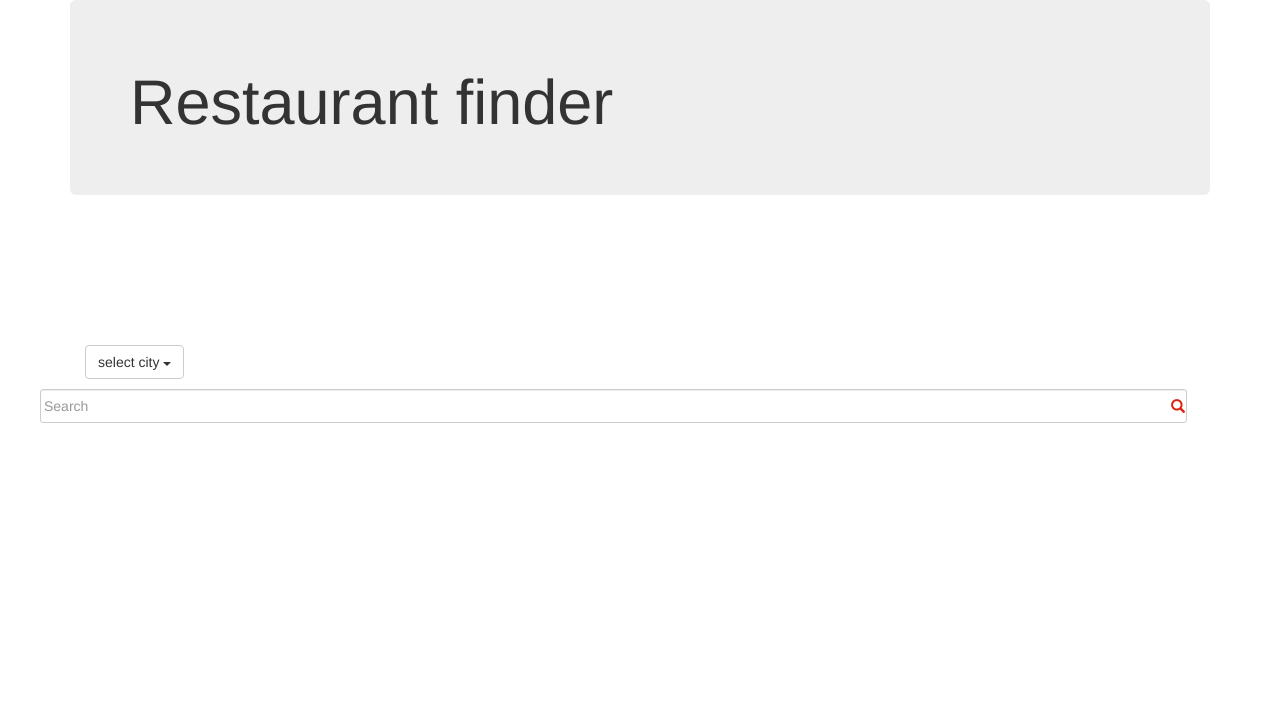
Repository: ganz-95/Denuvo-final
Page: http://localhost/restaurant/
These files come from the project's save history. The page is drawn as it stood at one moment and after the next save; the edit follows.
The browser window is 1280 px wide. The pictures show the whole page.
Some web libraries are served in a nearby version. The page is served by Tomcat 9.

Above is the page before, as saved 2017-01-23 15:38:44.

After the next save:
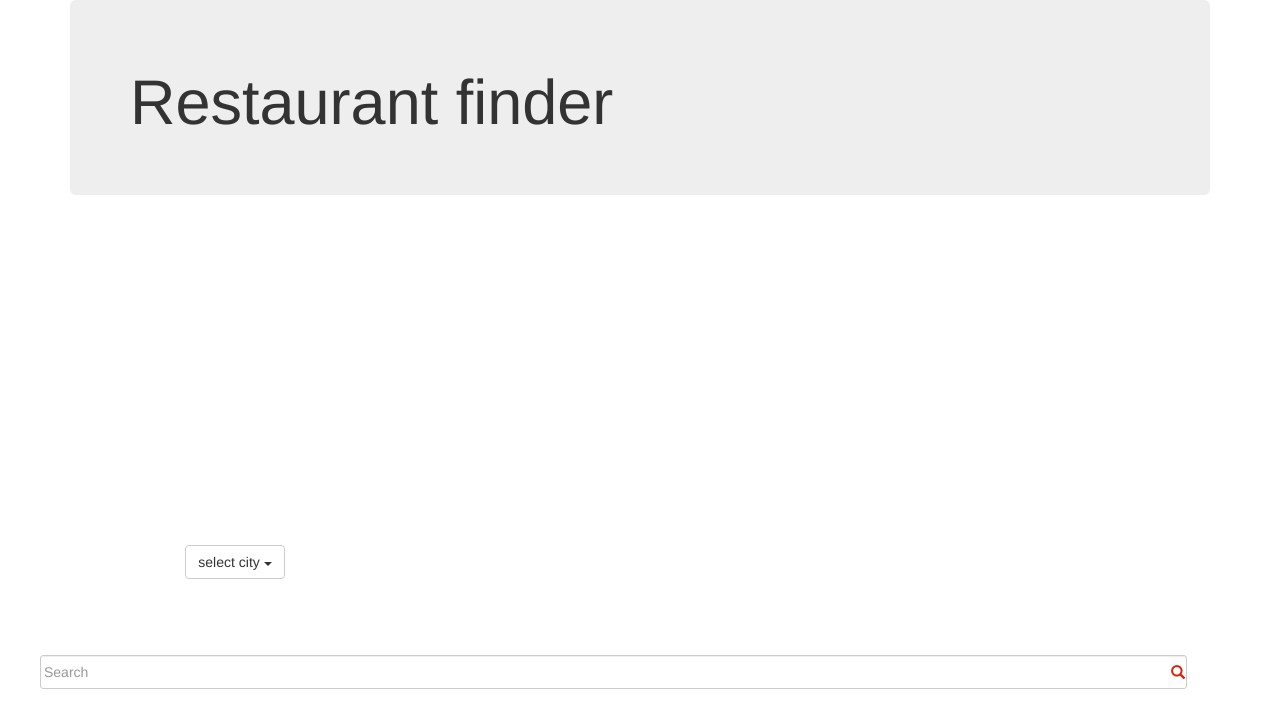
Saved 81 s later.
--- a/workspace/restaurant/src/main/webapp/index.jsp
+++ b/workspace/restaurant/src/main/webapp/index.jsp
@@ -18,7 +18,7 @@
 
   <br><br><br><br><br><br>
 
-  <div class="dropdown" style="float:left">
+  <div class="dropdown" style="float:left;width:100px; height:100px; margin-top: 200px; margin-left: 100px;”">
     <button class="btn btn-default dropdown-toggle" type="button" data-toggle="dropdown">select city
     <span class="caret"></span></button>
     <ul class="dropdown-menu" align="center">
